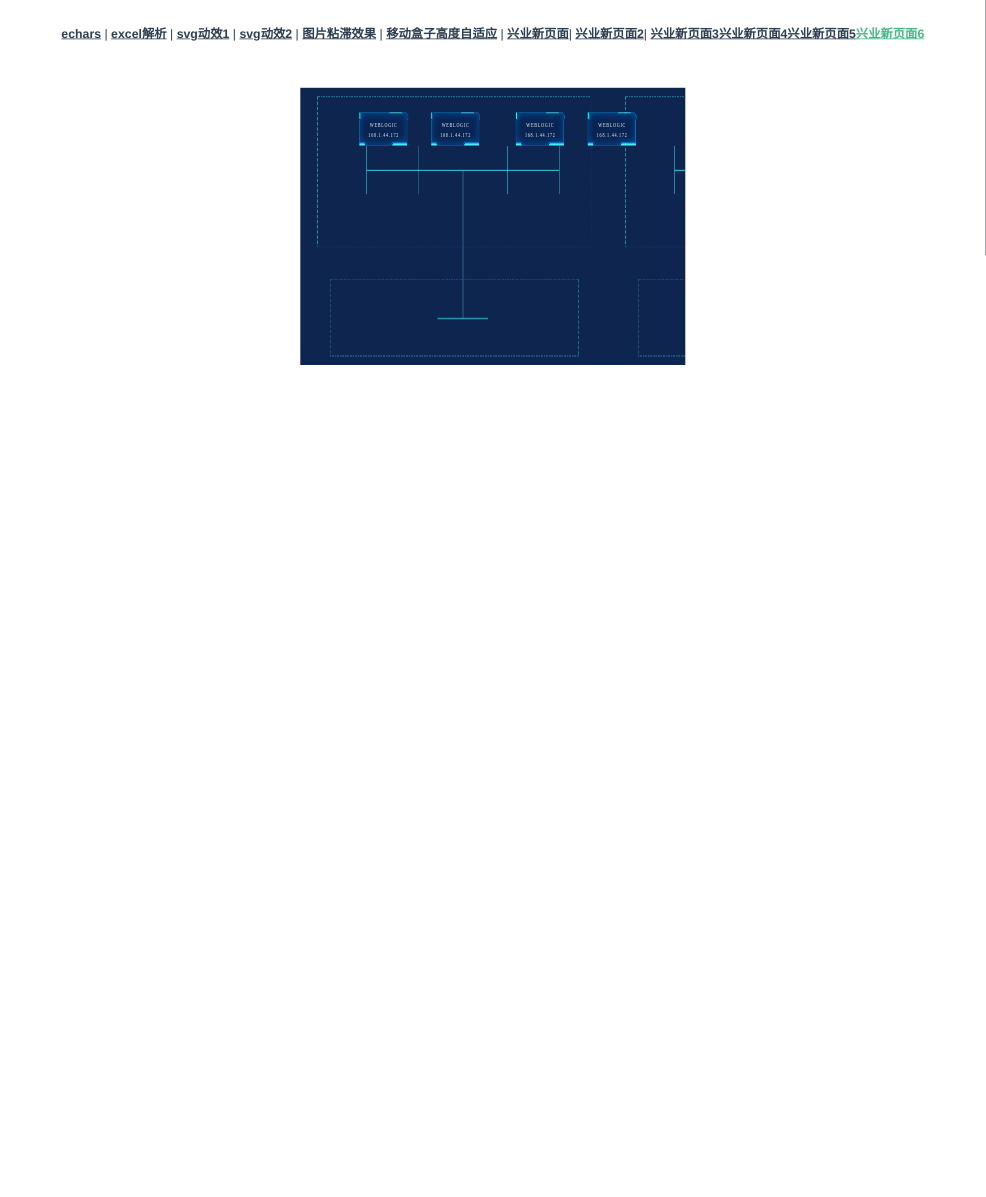
Repository: dmj199811/animation-dmj
Page: /#/work-page8
The author's editor kept a copy of each file at every save. The page is drawn from the files as they stood at one save, then again after the next save.
The browser window is 1280 px wide. The pictures show the whole page, at 77% of full size.
The project was rebuilt for these pictures with package versions that can differ from the ones it lists, and the page was loaded fresh each time.

Above is the page before, as saved 2020-07-03 15:58:11.

After the next save:
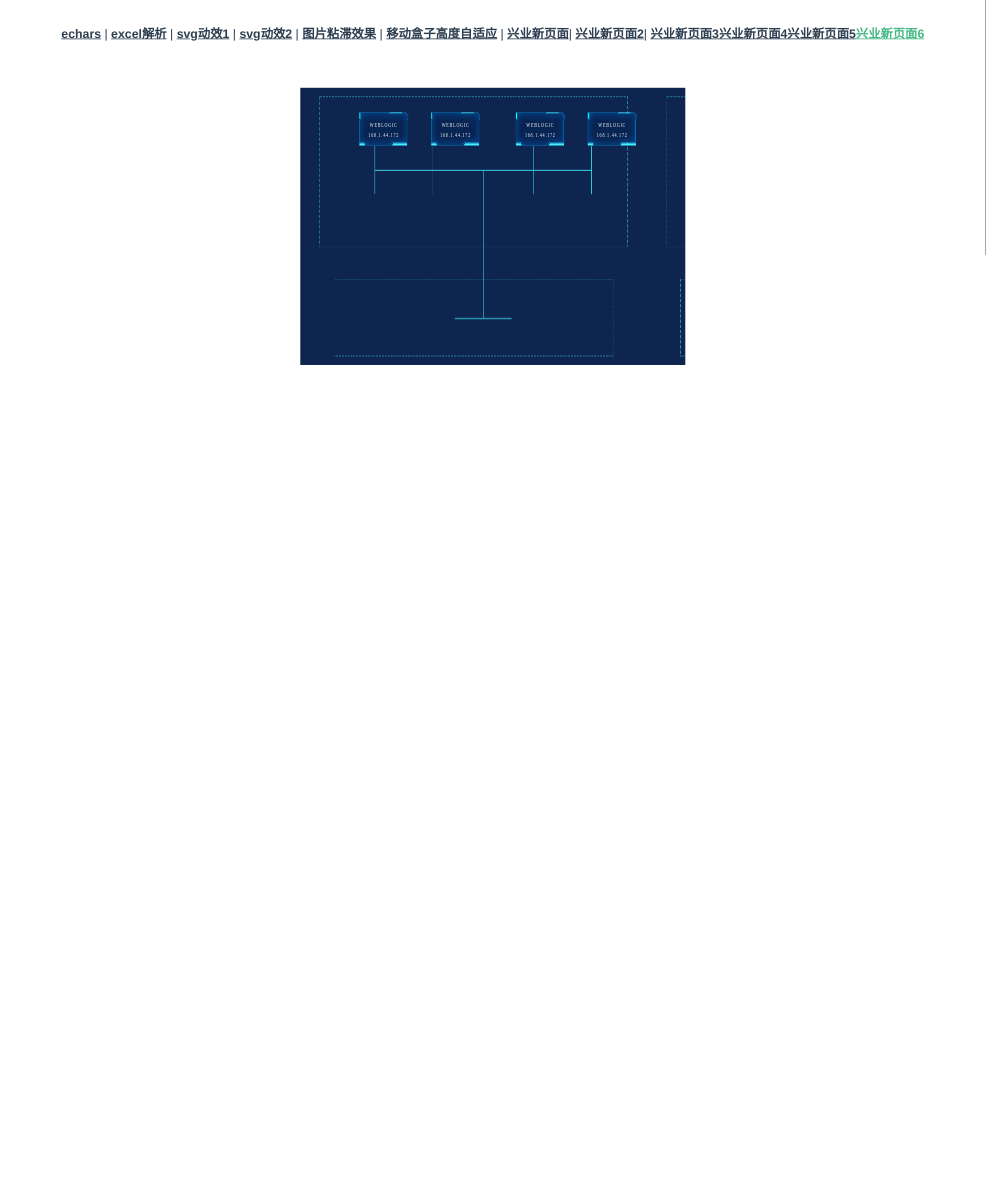
Saved 9 s later.
--- a/src/views/newPage6/index.vue
+++ b/src/views/newPage6/index.vue
@@ -91,7 +91,7 @@ export default {
   margin: 0 auto;
   color: white;
   background-image: url(./img/bg-line.png);
-  background-size: 80% 100%;
+  background-size: 90% 100%;
 }
 .use-box div {
   box-sizing: border-box;
